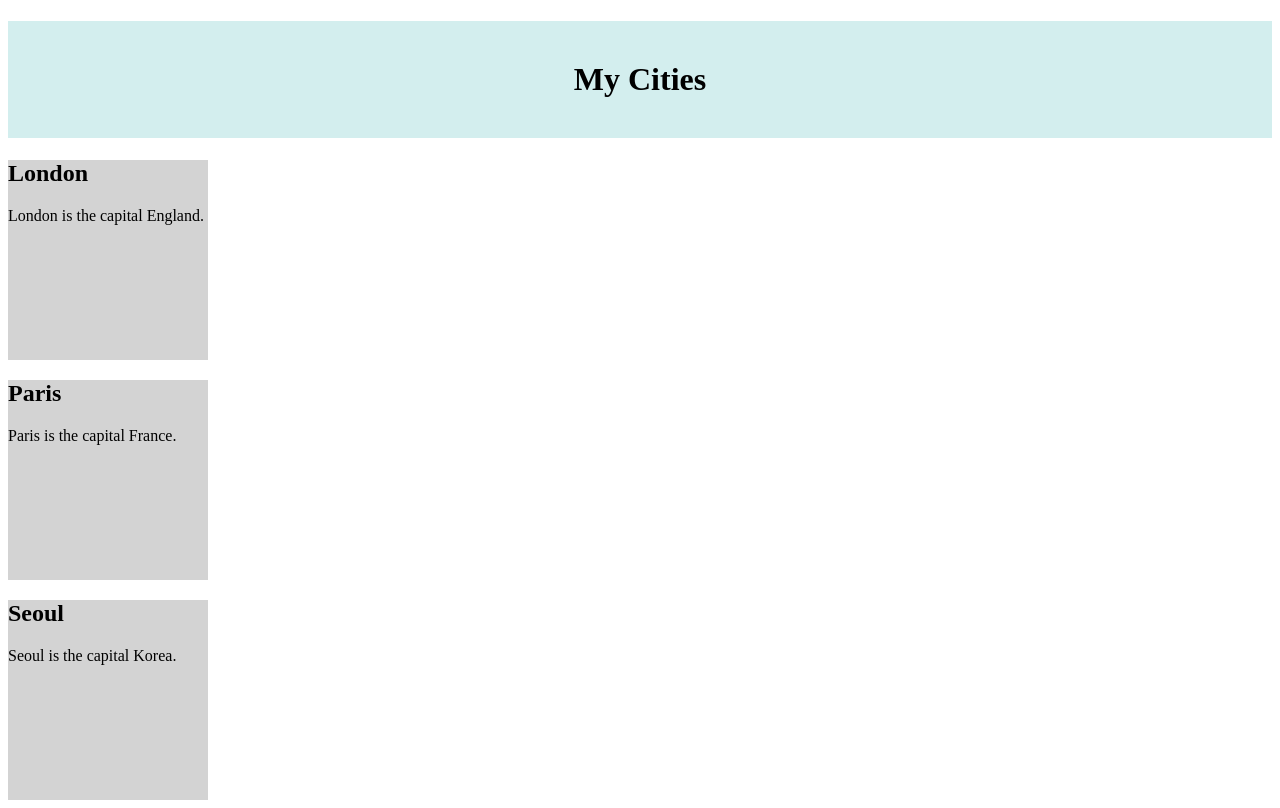
Repository: claddds/2023_webstudy
Page: 01_html/src/main/webapp/day03/ex12_class.html
The author's editor kept a copy of each file at every save. The page is drawn from the files as they stood at one save, then again after the next save.
The browser window is 1280 px wide. The pictures show the whole page.

Above is the page before, as saved 2023-06-21 04:11:36.

### 01_html/src/main/webapp/day03/ex12_class.html
<!DOCTYPE html>
<html>
<head>
<meta charset="UTF-8">
<title>Insert title here</title>
<style type="text/css">
	#myheader{
		background-color: #d3eeee;
		text-align: center;
		padding:40px;
	}
	.city{
		background-color: lightgray;
		width:200px;
		height: 200px;
	}
</style>
</head>
<body>
	<h1 id="myheader">My Cities</h1>
	<div>
		<div class="city">
			<h2>London</h2>
			<p>London is the capital England.</p>
		</div>

		<div class="city">
			<h2>Paris</h2>
			<p>Paris is the capital France.</p>
		</div>

		<div class="city">
			<h2>Seoul</h2>
			<p>Seoul is the capital Korea.</p>
		</div>

	</div>
</body>
</html>

After the next save:
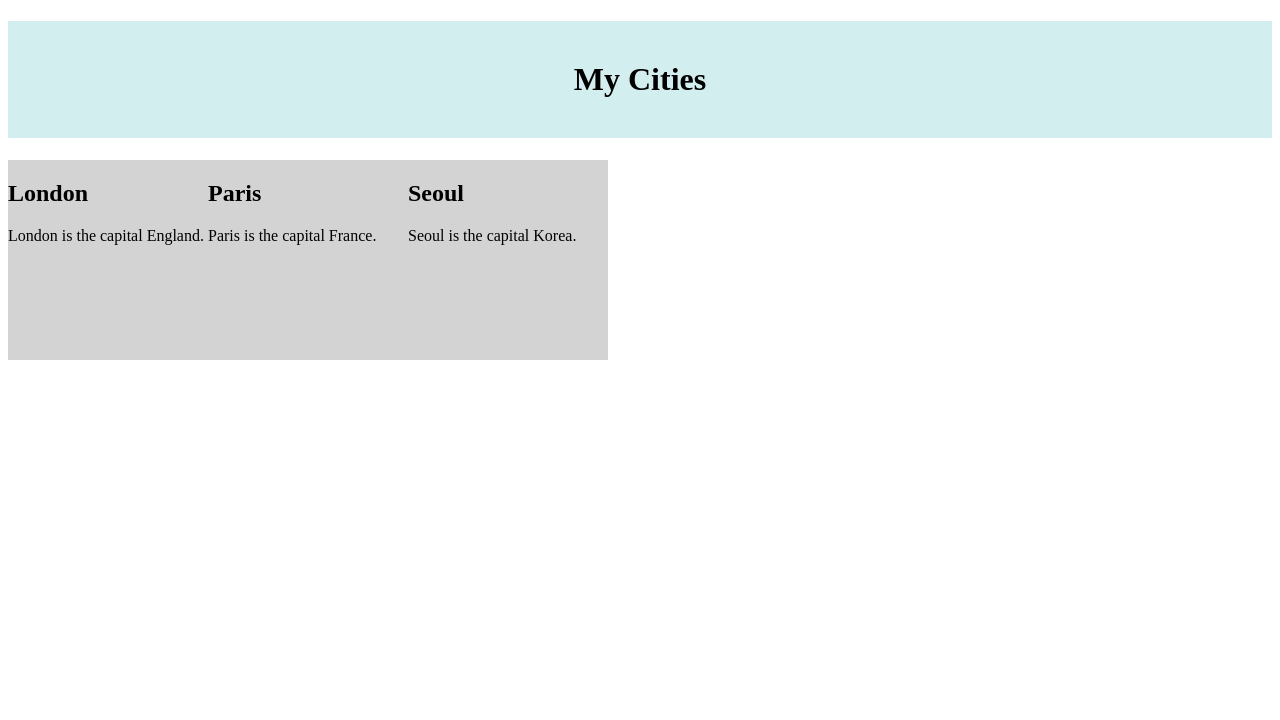
Saved 32 s later.
--- a/01_html/src/main/webapp/day03/ex12_class.html
+++ b/01_html/src/main/webapp/day03/ex12_class.html
@@ -13,6 +13,7 @@
 		background-color: lightgray;
 		width:200px;
 		height: 200px;
+		float: left;
 	}
 </style>
 </head>
